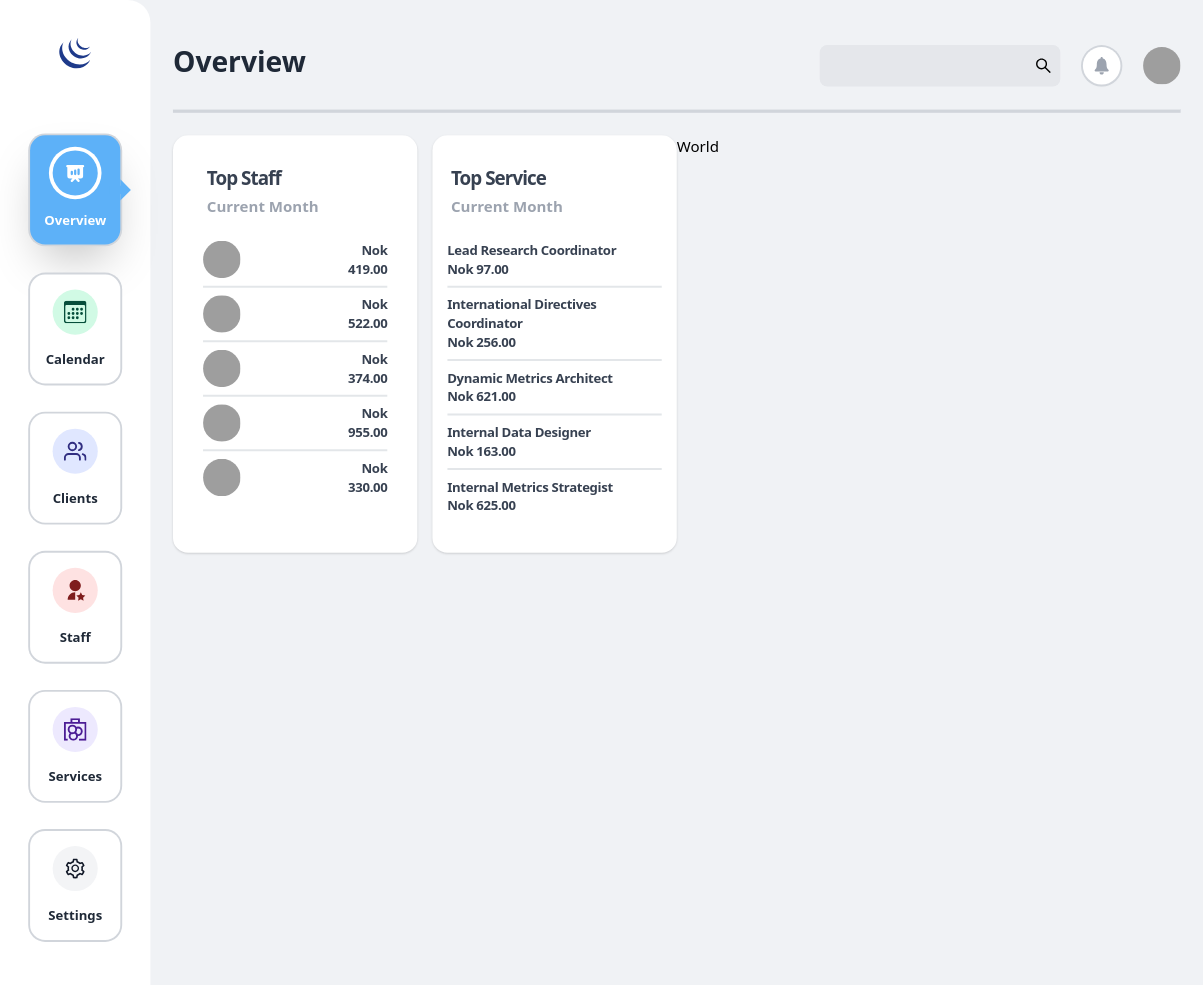
Repository: coolronts/dashboard
Page: /
An editor plug-in stored every save of this project. The page is shown before and after the next save, followed by the edit.
The browser window is 1280 px wide. The pictures show the whole page, at 94% of full size.
Pictures or frames that could not be fetched are drawn as grey boxes. The project was rebuilt for these pictures with package versions that can differ from the ones it lists, and the page was loaded fresh each time. Also part of the build but not shown: craco.config.js.

Above is the page before, as saved 2021-11-28 02:45:25.

### src/index.tsx
import './index.css';

import App from './App';
import React from 'react';
import ReactDOM from 'react-dom';

ReactDOM.render(
  <React.StrictMode>
    <App />
  </React.StrictMode>,
  document.getElementById('root')
);

### src/App.tsx
import './App.css';

import Home from './Pages/Home'

function App() {
  return (
    <div className="App">
      <Home/>
    </div>
  );
}

export default App;

### src/App.css
* {
    margin: 0;
    padding: 0;
}

.App {
    background-color: #F0F2F5;
}

### src/Pages/Home/index.tsx
import LeftDrawer from '../../Units/LeftDrawer'
import SectionHeader from '../../Units/SectionHeader'
import SplitScreen from '../../Components/SplitScreen'
import TopService from '../../Units/TopService'
import TopStaff from '../../Units/TopStaff'

const Home: React.FC = () => {
  const styles = {
    leftDrawer: 'bg-white px-8 rounded-tr-3xl py-8',
  }
  return (
    <div className="flex">
      <div className={styles.leftDrawer}>
        <LeftDrawer/>
      </div>
      <div className="flex-1 mx-6 mt-12">
        <SectionHeader />
        <hr className="bg-gray-300 h-1 my-6" />
        <SplitScreen leftWeight="w-1/2" rightWeight="w-1/2" >
          <div className="w-full flex justify-between">
            <TopStaff />
            <div className="w-4"/>
            <TopService />
          </div>
          <div>World</div>
        </SplitScreen>

      </div>
    </div>
  )
}

export default Home

### src/Units/LeftDrawer/index.tsx
import { Calendar, Clients, Overview, Services, Settings, Staff } from '../../Components/Icons'

import {CompanyLogo} from '../../Components/Icons'
import Logo from '../../Components/Logo'

const LeftDrawer: React.FC = () => {
  const styles = {
    CompanyLogo: "text-5xl text-blue-900 w-full mb-12",
    menu: "flex flex-col justify-between bg-blue.primary"
  }
  const icons = [
    { Icon: <Overview />, name: 'overview', color: 'blue', active: true },
    { Icon: <Calendar />, name: 'calendar', color: 'green', active: false },
    { Icon: <Clients />, name: 'clients', color: 'indigo', active: false  },
    { Icon: <Staff />, name: 'staff', color: 'red', active: false  },
    { Icon: <Services />, name: 'services', color: 'purple', active: false  },
    { Icon: <Settings />, name: 'settings', color: 'gray', active: false  },
  ]

  return (
    <div className="m-auto">
      <CompanyLogo className={styles.CompanyLogo}/>
      <div className={styles.menu}>
        {icons.map((icon, index) =>  <Logo Icon={icon.Icon} name={icon.name} color={icon.color} key={index} active={icon.active} />)}
      </div>
    </div>
  )

}

export default LeftDrawer

### src/Units/SectionHeader/index.tsx
import Avatar from '../../Components/Avatar'
import {Notification} from '../../Components/Buttons'
import {Notifications} from '../../Components/Icons'
import TextBox from '../../Components/TextBox'

const SectionHeader: React.FC = () => {
  const styles = {
    heading: "text-3xl text-gray-800 font-bold",
    body: "flex justify-between",
    leftComponent: "flex items-center justify-around"
  }
  return (
    <div className={styles.body}>
      <h1 className={styles.heading}>Overview</h1>
      <div className={styles.leftComponent}>
        <TextBox />
        <Notification Icon={<Notifications />} />
        <Avatar />
      </div>
    </div>
  )
}

export default SectionHeader

### src/Components/SplitScreen/index.tsx
import tw from "tailwind-styled-components"

interface SplitScreenProps {
  children: React.ReactNode[];
  containerWeight?: string;
  leftWeight?: string;
  rightWeight?: string;
}
const SplitScreen: React.FC<SplitScreenProps> = ({
	children,
	containerWeight = 'flex w-full',
  leftWeight = 'w-1/2',
	rightWeight = 'w-full',
}) => {
  const Container = tw.div``;
  const Pane = tw.div``;

	const [left, right] = children;
	return (
		<Container className={containerWeight}>
			<Pane className={leftWeight}>
				{left}
			</Pane>
			<Pane className={rightWeight}>
				{right}
			</Pane>
		</Container>
	);
}

export default SplitScreen

### src/Units/TopService/index.tsx
import { useEffect, useState } from 'react'

import Card from '../../Components/Card'
import createRandomData from '../../api/TopService'

interface dataProps {
  position: string,
  price: number
}
const TopService: React.FC = () => {
  const [data, setData] = useState<dataProps[]>([])
  const styles = {
    table: `bg-white w-full divide-solid divide-y-2 divide-opacity-60 divide-gray-300 text-gray-700`,
    row: `text-sm items-center font-semibold font-sans tracking-tight py-2 justify-between`
  }

  if (data.length === 0) {
    createRandomData(5)
      .then(response => setData(response))
  }
  useEffect(() => { }, [data])

  return (
    <Card size="sm" Element={
      <div className="px-2">
        <div className="px-1 mb-4 font-semibold font-sans capitalize">
          <p className="tracking-tighter text-xl text-gray-700">Top Service</p>
          <p className="text-md text-gray-400 pt-1">Current month</p>
        </div>
        <div className={styles.table}>
          {data.map((item, i) => (
            <div className={styles.row} key={i}>
                <p>{item.position}</p>
                <p>Nok {item.price}</p>
            </div>
          ))}
        </div>
      </div>
    }/>
  )
}

export default TopService

### src/Units/TopStaff/index.tsx
import Avatar from '../../Components/Avatar'
import Card from '../../Components/Card'
import createRandomData from '../../api/TopStaff'
import {useState} from 'react'

interface dataProps {
  avatar: string,
  name: string,
  price: number
}
const TopStaff: React.FC = () => {
  const [data, setData] = useState<dataProps[]>([])
  if (data.length === 0) {
    createRandomData(5)
    .then(response => setData(response))
  }

  const styles = {
    table: `bg-white w-full divide-solid divide-y-2 divide-opacity-60 divide-gray-300 text-gray-700`,
    row: `flex text-sm items-center font-semibold font-sans tracking-tight py-2`
  }
  return (
    <Card size="sm" Element={
      <div className="px-6">
        <div className="px-1 mb-4 font-semibold font-sans capitalize">
          <p className="tracking-tighter text-xl text-gray-700">Top Staff</p>
          <p className="text-md text-gray-400 pt-1">Current month</p>
        </div>
        <div className={styles.table}>
          {data.map((item, i) => (
            <div className={styles.row} key={i}>
              <div className="w-2/3 flex items-center">
                <Avatar img={item.avatar}/>
                <p className="ml-2">{item.name}</p>
              </div>
              <div className="w-1/3 text-right">
                <p className="">Nok {item.price}</p>
              </div>
            </div>
          ))}
        </div>
      </div>
    } />
  )
}

export default TopStaff

### src/Components/Icons/index.tsx
import {AiOutlineSearch} from 'react-icons/ai'
import {AiOutlineSetting} from 'react-icons/ai'
import {BsCalendar3} from 'react-icons/bs'
import {DiJqueryLogo} from 'react-icons/di'
import {FiUsers} from 'react-icons/fi'
import {GrBusinessService} from 'react-icons/gr'
import { HiPresentationChartBar } from 'react-icons/hi'
import {ImArrowRight} from 'react-icons/im'
import {IoIosNotifications} from 'react-icons/io'
import { RiUserStarFill } from 'react-icons/ri'

export {
  HiPresentationChartBar as Overview,
  BsCalendar3 as Calendar,
  FiUsers as Clients,
  RiUserStarFill as Staff,
  GrBusinessService as Services,
  AiOutlineSetting as Settings,
  ImArrowRight as ArrowRight,
  DiJqueryLogo as CompanyLogo,
  AiOutlineSearch as Search,
  IoIosNotifications as Notifications
}

### src/Components/Logo/index.tsx
import {ArrowRight} from '../Icons'
import React from 'react';

interface IconProps {
  Icon: React.ReactNode;
  name: string,
  color: string,
  active?: boolean
}


const Logo: React.FC<IconProps> = ({ Icon, name, color, active=false }) => {

  const styles = {
    body:`relative group my-4 text-2xl px-12 py-4 bg-white ring-2 ring-gray-300 w-20 rounded-2xl flex flex-col items-center justify-around hover:bg-blue-primary hover:shadow-2xl cursor-pointer ${active ? 'bg-blue-primary shadow-2xl' :'bg-white'}`,
    name: `${active ? 'text-white': 'text-gray-800'} group-hover:text-white capitalize text-sm font-semibold mt-4`,
    icon: `${active ? 'bg-blue-primary text-white': `bg-${color}-100 text-${color}-900`} rounded-full p-3 group-hover:bg-blue-primary group-hover:text-white ring-4 ring-white`,
    arrowRight: `${active?'text-blue-primary': 'text-transparent'} absolute -right-3 text-transparent`
  }
  return (
    <div className={styles.body}>
      <div className={styles.icon}> {Icon} </div>
      <p className={styles.name}> {name} </p>
      <ArrowRight className={styles.arrowRight}/>
    </div>
  )
}

export default Logo

### src/Components/Avatar/index.tsx
interface AvatarProps {
  img?: string;
  radius?: number;
}
const imgLink="https://images.unsplash.com/photo-1472099645785-5658abf4ff4e?ixlib=rb-1.2.1&ixid=eyJhcHBfaWQiOjEyMDd9&auto=format&fit=facearea&facepad=2&w=256&h=256&q=80"

const Avatar: React.FC<AvatarProps> = ({ img = imgLink, radius = 10 }) => {
  console.log(img)
  const styles = {
    avatar:`inline-block h-${radius} w-${radius} rounded-full cursor-pointer`
  }
  return (
    <div>
      <img
        className={styles.avatar}
        src={img}
        alt=""
      />
    </div>
  )
}

export default Avatar

### src/Components/Buttons/index.tsx
interface NotificationProps{
  Icon: React.ReactNode;
}

export const Notification: React.FC<NotificationProps> = ({ Icon }) => {
  const styles = {
    icon: "ring-2 ring-gray-300 text-2xl font-bold p-2 bg-white rounded-full mx-6 shadow text-gray-400 cursor-pointer hover:shadow-2xl"
  }
  return (
    <>
      <div className={styles.icon}>{Icon}</div>
    </>
  )
}

### src/Components/TextBox/index.tsx
import {Search} from '../Icons'

const TextBox: React.FC = () => {
  const styles = {
    body: "relative",
    textBox: "bg-gray-200 w-64 rounded-lg py-3 px-4 font-semibold text-sm focus:ring-2 ring-gray-600 outline-none",
    searchIcon: "absolute right-2 top-3 text-xl"
  }

  return (
    <div className={styles.body}>
      <input className={styles.textBox} type="text" />
      <Search className={styles.searchIcon}/>

    </div>
  )
}

export default TextBox

### src/Components/Card/index.tsx
import { ReactNode } from "react"

interface CardProps {
  size?: string;
  Element: ReactNode
}

const Card: React.FC<CardProps> = ({ size, Element}) => {
  const styles = {
    body: `bg-white px-2 py-8 rounded-2xl shadow ${size==='sm' ? 'w-3/6': 'w-full'}` ,
  }
  return (
    <div className={styles.body}>
      {Element}
    </div>
  )
}

export default Card

### src/api/TopService.ts
var faker = require('faker')

const createRandomData = async (n: number) => {
  let data = []
  for (let i = 0; i < n; i++) {
    await data.push({
      position: faker.name.jobTitle(),
      price: faker.commerce.price()
    })
  }
  console.log(data)
  return data
}

export default createRandomData

### src/api/TopStaff.ts
var faker = require('faker')

const createRandomData = async (n: number) => {
  let data = []
  for (let i = 0; i < n; i++) {
    await data.push({
      position: faker.name.jobTitle(),
      price: faker.commerce.price()
    })
  }
  return data
}

export default createRandomData

### tailwind.config.js
module.exports = {
    purge: ["./src/**/*.{js,jsx,ts,tsx}", "./public/index.html"],
    darkMode: false, // or 'media' or 'class'
    theme: {
        extend: {
            colors: {
                blue: {
                    primary: "#5DB1F8",
                    secondary: "#38A3FF",
                    tertiary: "#1D90F3",
                },
            },
        },
    },
    variants: {
        extend: {},
    },
    plugins: [],
};

Loaded but not shown: public/index.html (common file); src/index.css (common file)

After the next save:
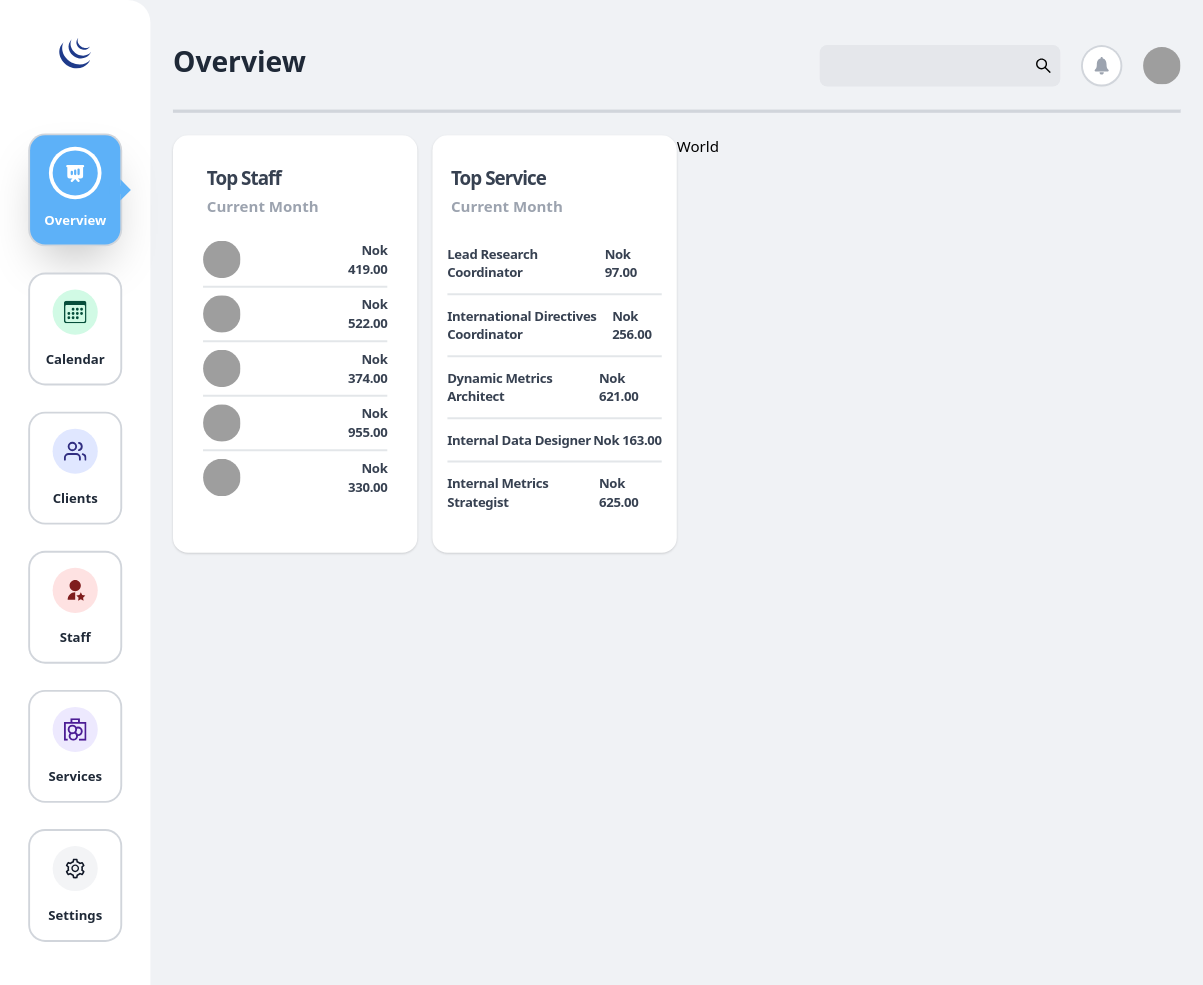
Saved 1 s later.
--- a/src/Units/TopService/index.tsx
+++ b/src/Units/TopService/index.tsx
@@ -11,7 +11,7 @@ const TopService: React.FC = () => {
   const [data, setData] = useState<dataProps[]>([])
   const styles = {
     table: `bg-white w-full divide-solid divide-y-2 divide-opacity-60 divide-gray-300 text-gray-700`,
-    row: `text-sm items-center font-semibold font-sans tracking-tight py-2 justify-between`
+    row: `flex py-3 text-sm items-center font-semibold font-sans tracking-tight py-2 justify-between`
   }
 
   if (data.length === 0) {
